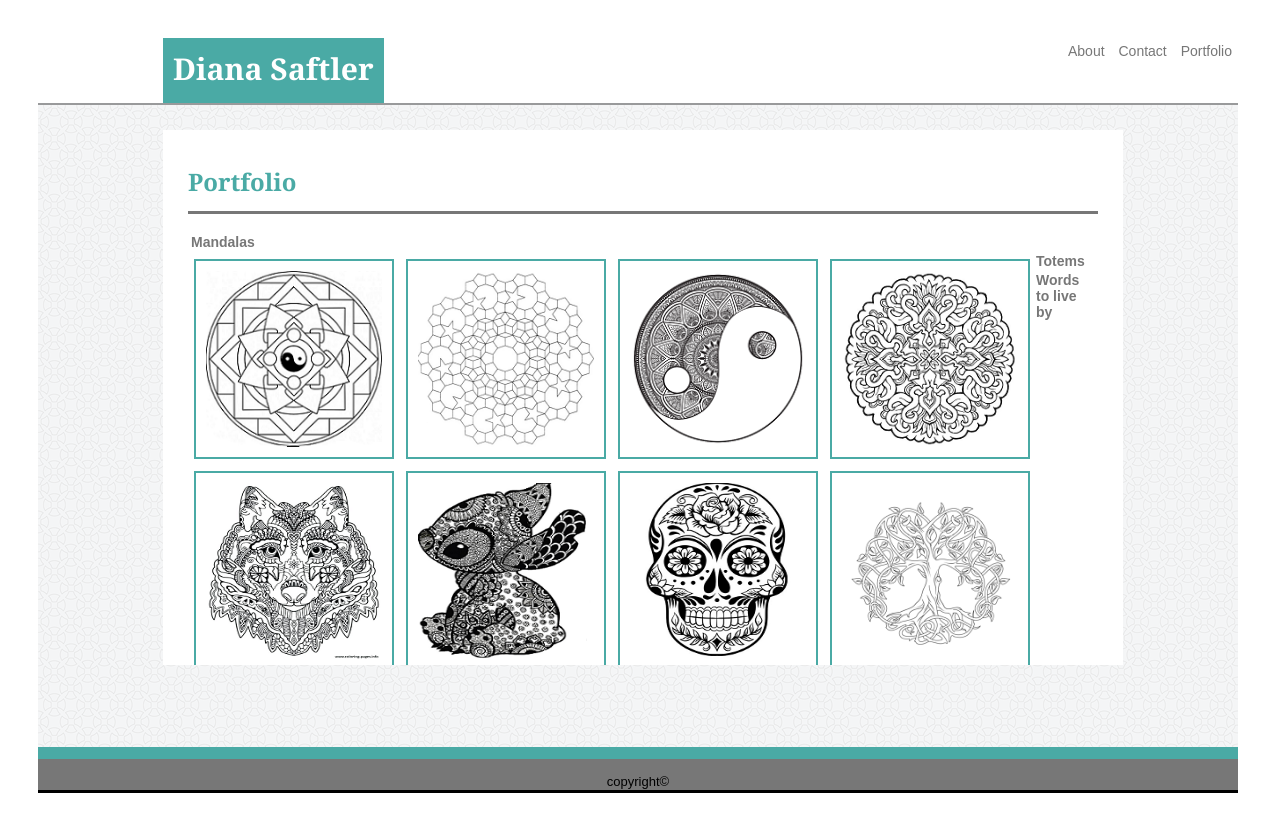
Repository: dsaftler/Bootstrap-Portfolio
Page: portfolio.html
These files come from the project's save history. The page is drawn as it stood at one moment and after the next save; the edit follows.
The browser window is 1280 px wide. The pictures show the whole page.
An inner scrolling area shows only its first screen.

Above is the page before, as saved 2019-03-20 22:29:01.

After the next save:
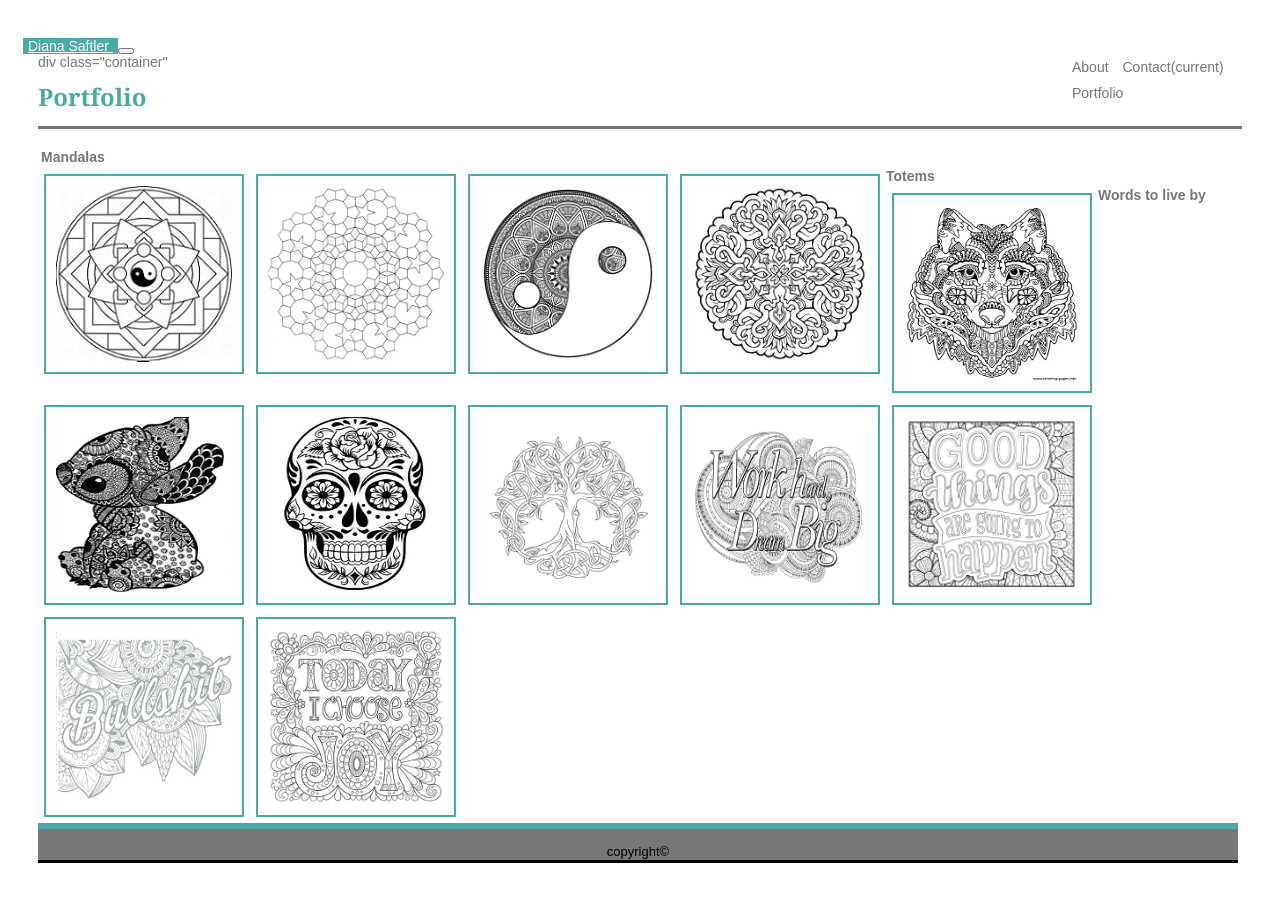
Saved 18 min 47 s later.
--- a/portfolio.html
+++ b/portfolio.html
@@ -11,16 +11,28 @@
         </head>
 
         <body>
-        <header>
-                <h1><span>Diana Saftler</span></h1>
-                <ul>
-                    <li><a href="index.html">About</a></li>
-                    <li><a href="contact.html">Contact</a></li>
-                    <li><a href="portfolio.html">Portfolio</a></li>
-                </ul>
-            </header>
-            <div class="bg-pattern">
-                <div class="center-panel">
+            <nav class="navbar navbar-expand-lg navbar-light" >
+                <a class="navbar-brand"  style="background-color: #4aaaa5; color: white; padding-right: 5px; padding-left: 5px; margin-left: -15px" href="#"> Diana Saftler </a>
+                <button class="navbar-toggler" type="button" data-toggle="collapse" data-target="#navbarSupportedContent" aria-controls="navbarSupportedContent" aria-expanded="false" aria-label="Toggle navigation">
+                        <span class="navbar-toggler-icon"></span>
+                </button>
+
+                <div class="collapse navbar-collapse" id="navbarSupportedContent">
+                        <ul class="navbar-nav ml-auto">
+                        <li class="nav-item">
+                        <a class="nav-link"href="index.html">About</a>
+                        </li>
+                        <li class="nav-item active">
+                        <a class="nav-link" href="contact.html">Contact<span class="sr-only">(current)</span></a>
+                        </li>
+                        <li class="nav-item">
+                        <a class="nav-link"  href="portfolio.html">Portfolio</a>
+                        </li>
+                        </ul>
+                </div>
+            </nav>
+            div class="container"
+            <div class="col-sx-12 col-sm-12">
                     <h2>Portfolio</h2>
                     <div class="row">
                         <h4>Mandalas</h4>
